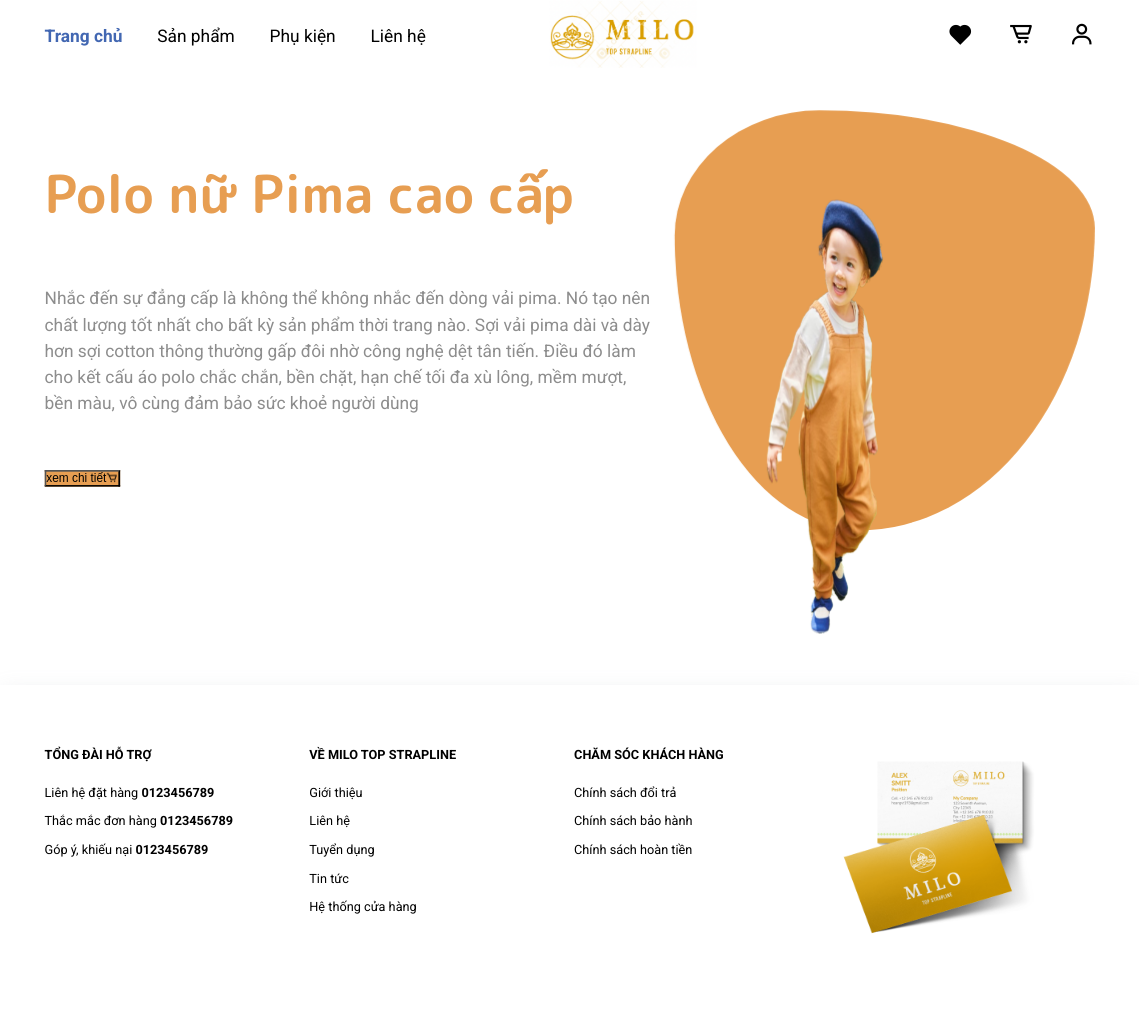
Repository: QuyHoang99k/shop
Page: /
These files come from the project's save history. The page is drawn as it stood at one moment and after the next save; the edit follows.
The browser window is 1280 px wide. The pictures show the whole page, at 89% of full size.
The project was rebuilt for these pictures with package versions that can differ from the ones it lists, and the page was loaded fresh each time. Also part of the build but not shown: src/pages/Catalog.jsx, src/pages/Cart.jsx, src/pages/Product.jsx.

Above is the page before, as saved 2021-10-18 19:45:22.

After the next save:
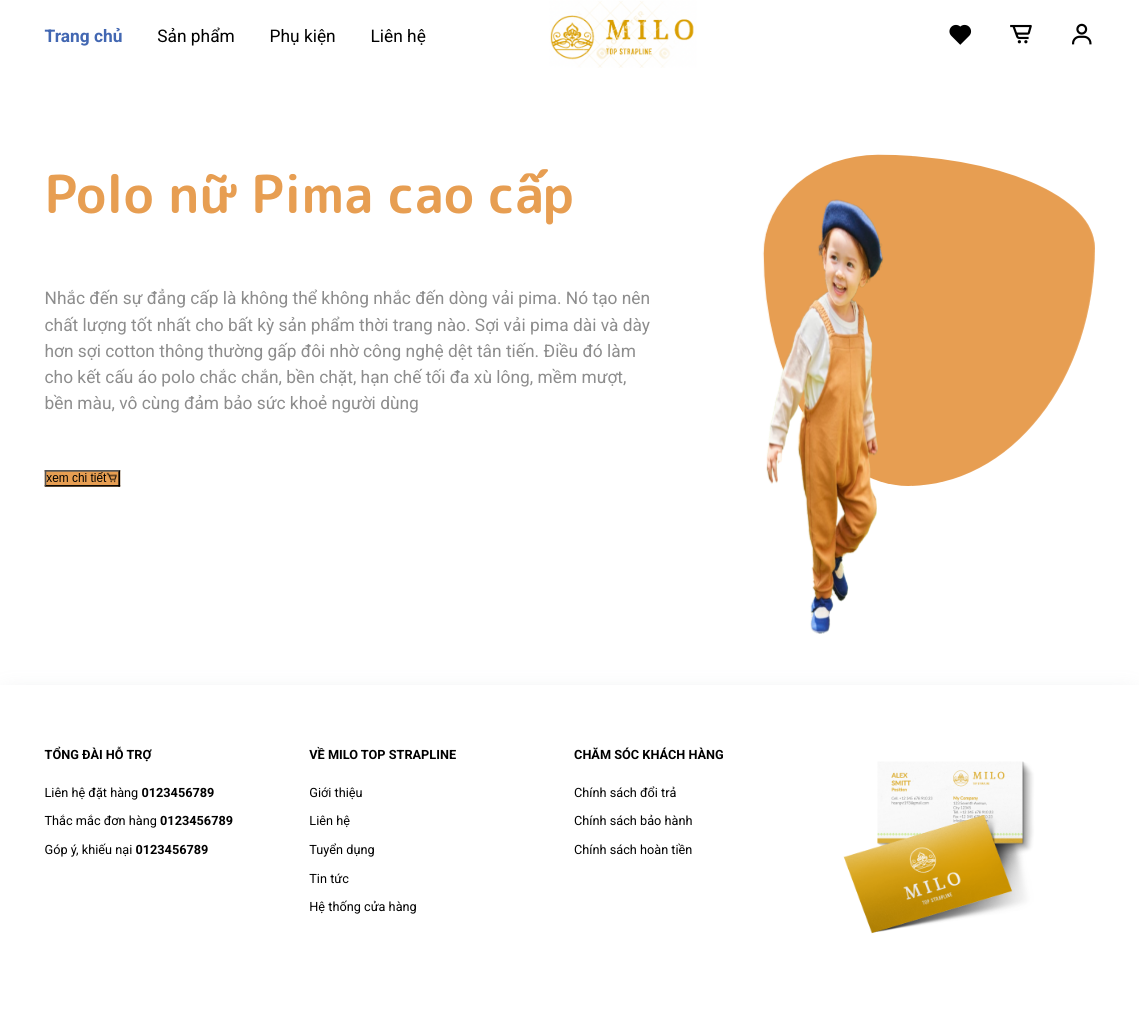
Saved 52 s later.
--- a/src/sass/components/_hero-slider.scss
+++ b/src/sass/components/_hero-slider.scss
@@ -133,7 +133,7 @@
             }
 
             .shape {
-                $size: 472px;
+                $size: 372px;
                 height: $size;
                 width: $size;
                 position: absolute;
